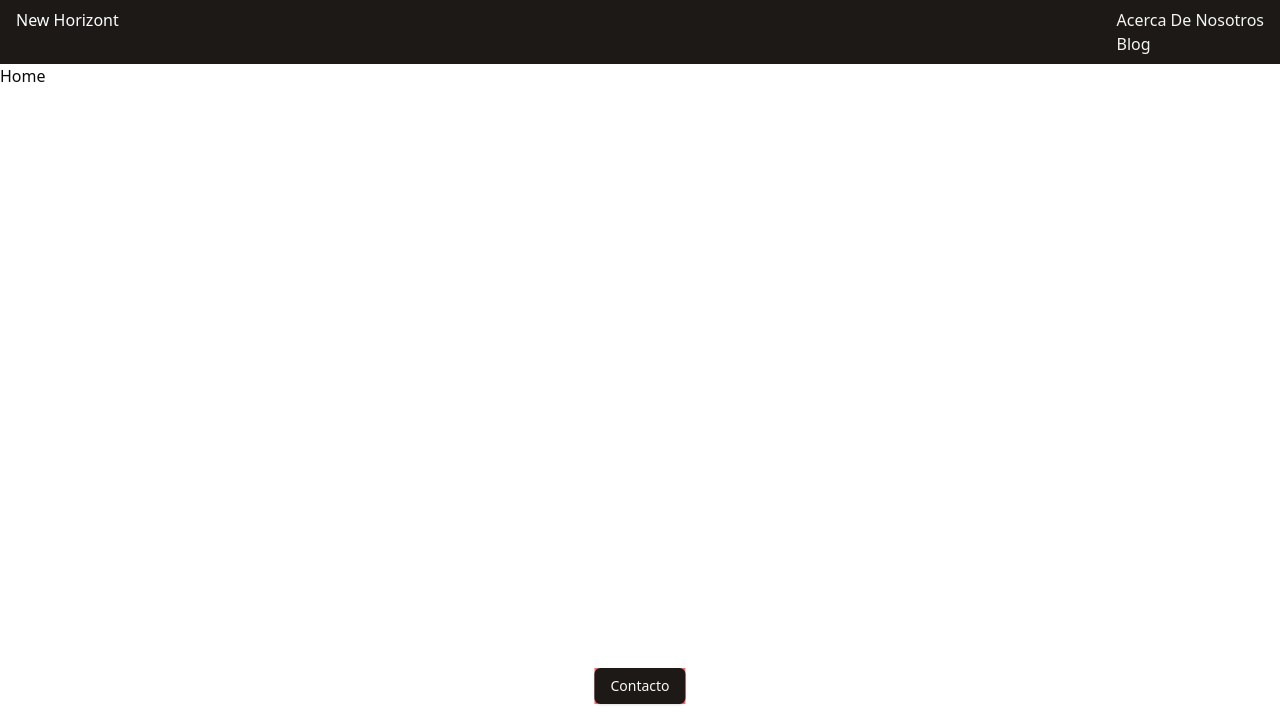
Repository: jefrydep/new-horizont-school
Page: /
An editor plug-in stored every save of this project. The page is shown before and after the next save, followed by the edit.
The browser window is 1280 px wide. The pictures show the whole page.
The project was rebuilt for these pictures with package versions that can differ from the ones it lists, and the page was loaded fresh each time. The framework's server and built-in components were replaced by stand-ins that run in the browser. Also part of the build but not shown: next.config.ts.

Above is the page before, as saved 2024-11-07 17:32:07.

### src/app/layout.tsx
import type { Metadata } from "next";
import localFont from "next/font/local";
import "./globals.css";
import Navbar from "@/components/Navbar";
import { Button } from "@/components/ui/button";

const geistSans = localFont({
  src: "./fonts/GeistVF.woff",
  variable: "--font-geist-sans",
  weight: "100 900",
});
const geistMono = localFont({
  src: "./fonts/GeistMonoVF.woff",
  variable: "--font-geist-mono",
  weight: "100 900",
});

export const metadata: Metadata = {
  title: "Create Next App",
  description: "Generated by create next app",
};

export default function RootLayout({
  children,
}: Readonly<{
  children: React.ReactNode;
}>) {
  return (
    <html lang="en">
      <body
        className={`   ${geistSans.variable} ${geistMono.variable} antialiased`}
      >
        <Navbar />
        {children}
        <div className="absolute bg-red-400 bottom-0 left-1/2 transform -translate-x-1/2 mb-4">
          <Button>Contacto</Button>
        </div>
        {/* <div className="absolute bg-red-400 bottom-0 left-1/2 transform -translate-x-1/2 mb-4">
          <Button>Contacto</Button>
        </div> */}
      </body>
    </html>
  );
}

### src/app/(new-horizont-school)/layout.tsx
// import type { Metadata } from "next";
// import localFont from "next/font/local";

import Navbar from "@/components/Navbar";

// const geistSans = localFont({
//   src: "./fonts/GeistVF.woff",
//   variable: "--font-geist-sans",
//   weight: "100 900",
// });
// const geistMono = localFont({
//   src: "./fonts/GeistMonoVF.woff",
//   variable: "--font-geist-mono",
//   weight: "100 900",
// });

// export const metadata: Metadata = {
//   title: "Create Next App",
//   description: "Generated by create next app",
// };

export default function SchoolLayout({
  children,
}: Readonly<{
  children: React.ReactNode;
}>) {
  return (
    <html lang="en">
      <body
      // className={`${geistSans.variable} ${geistMono.variable} antialiased`}
      >
        {children}
      </body>
    </html>
  );
}

### src/app/globals.css
@tailwind base;
@tailwind components;
@tailwind utilities;

/* :root {
  --background: #ffffff;
  --foreground: #171717;
}

@media (prefers-color-scheme: dark) {
  :root {
    --background: #0a0a0a;
    --foreground: #ededed;
  }
}

body {
  color: var(--foreground);
  background: var(--background);
  font-family: Arial, Helvetica, sans-serif;
} */
@layer base {
  :root {
    --background: 0 0% 100%;
    --foreground: 20 14.3% 4.1%;
    --card: 0 0% 100%;
    --card-foreground: 20 14.3% 4.1%;
    --popover: 0 0% 100%;
    --popover-foreground: 20 14.3% 4.1%;
    --primary: 24 9.8% 10%;
    --primary-foreground: 60 9.1% 97.8%;
    --secondary: 60 4.8% 95.9%;
    --secondary-foreground: 24 9.8% 10%;
    --muted: 60 4.8% 95.9%;
    --muted-foreground: 25 5.3% 44.7%;
    --accent: 60 4.8% 95.9%;
    --accent-foreground: 24 9.8% 10%;
    --destructive: 0 84.2% 60.2%;
    --destructive-foreground: 60 9.1% 97.8%;
    --border: 20 5.9% 90%;
    --input: 20 5.9% 90%;
    --ring: 20 14.3% 4.1%;
    --chart-1: 12 76% 61%;
    --chart-2: 173 58% 39%;
    --chart-3: 197 37% 24%;
    --chart-4: 43 74% 66%;
    --chart-5: 27 87% 67%;
    --radius: 0.5rem
  }
  .dark {
    --background: 20 14.3% 4.1%;
    --foreground: 60 9.1% 97.8%;
    --card: 20 14.3% 4.1%;
    --card-foreground: 60 9.1% 97.8%;
    --popover: 20 14.3% 4.1%;
    --popover-foreground: 60 9.1% 97.8%;
    --primary: 60 9.1% 97.8%;
    --primary-foreground: 24 9.8% 10%;
    --secondary: 12 6.5% 15.1%;
    --secondary-foreground: 60 9.1% 97.8%;
    --muted: 12 6.5% 15.1%;
    --muted-foreground: 24 5.4% 63.9%;
    --accent: 12 6.5% 15.1%;
    --accent-foreground: 60 9.1% 97.8%;
    --destructive: 0 62.8% 30.6%;
    --destructive-foreground: 60 9.1% 97.8%;
    --border: 12 6.5% 15.1%;
    --input: 12 6.5% 15.1%;
    --ring: 24 5.7% 82.9%;
    --chart-1: 220 70% 50%;
    --chart-2: 160 60% 45%;
    --chart-3: 30 80% 55%;
    --chart-4: 280 65% 60%;
    --chart-5: 340 75% 55%
  }
}
@layer base {
  * {
    @apply border-border;
  }
  body {
    @apply bg-background text-foreground;
  }
}

### src/components/Navbar.tsx
import { Menu } from "lucide-react";
import Link from "next/link";

export default function Navbar() {
  return (
    <header className="bg-primary h-16">
      <div className="flex justify-between m-auto      container px-4 py-2  ">
        <div className="text-white">New Horizont</div>
        <nav className="outline-none hidden sm:block list-none">
          <li className="text-secondary">
            <Link href={"/about"}>Acerca De Nosotros</Link>
          </li>
          <li className="text-secondary">
            <Link href={"/blog"}>Blog</Link>
          </li>
        </nav>
        <div className="  sm:hidden">
          <Menu color="white" size={45} />
        </div>
        {/* <li className="text-secondary">
            <Link href={"/about"}>About</Link>
          </li> */}
      </div>
    </header>
  );
}

### src/components/ui/button.tsx
import * as React from "react"
import { Slot } from "@radix-ui/react-slot"
import { cva, type VariantProps } from "class-variance-authority"

import { cn } from "@/lib/utils"

const buttonVariants = cva(
  "inline-flex items-center justify-center gap-2 whitespace-nowrap rounded-md text-sm font-medium transition-colors focus-visible:outline-none focus-visible:ring-1 focus-visible:ring-ring disabled:pointer-events-none disabled:opacity-50 [&_svg]:pointer-events-none [&_svg]:size-4 [&_svg]:shrink-0",
  {
    variants: {
      variant: {
        default:
          "bg-primary text-primary-foreground shadow hover:bg-primary/90",
        destructive:
          "bg-destructive text-destructive-foreground shadow-sm hover:bg-destructive/90",
        outline:
          "border border-input bg-background shadow-sm hover:bg-accent hover:text-accent-foreground",
        secondary:
          "bg-secondary text-secondary-foreground shadow-sm hover:bg-secondary/80",
        ghost: "hover:bg-accent hover:text-accent-foreground",
        link: "text-primary underline-offset-4 hover:underline",
      },
      size: {
        default: "h-9 px-4 py-2",
        sm: "h-8 rounded-md px-3 text-xs",
        lg: "h-10 rounded-md px-8",
        icon: "h-9 w-9",
      },
    },
    defaultVariants: {
      variant: "default",
      size: "default",
    },
  }
)

export interface ButtonProps
  extends React.ButtonHTMLAttributes<HTMLButtonElement>,
    VariantProps<typeof buttonVariants> {
  asChild?: boolean
}

const Button = React.forwardRef<HTMLButtonElement, ButtonProps>(
  ({ className, variant, size, asChild = false, ...props }, ref) => {
    const Comp = asChild ? Slot : "button"
    return (
      <Comp
        className={cn(buttonVariants({ variant, size, className }))}
        ref={ref}
        {...props}
      />
    )
  }
)
Button.displayName = "Button"

export { Button, buttonVariants }

Loaded but not shown: src/app/(new-horizont-school)/page.tsx (common file); src/lib/utils.ts (common file); tailwind.config.ts (common file)

After the next save:
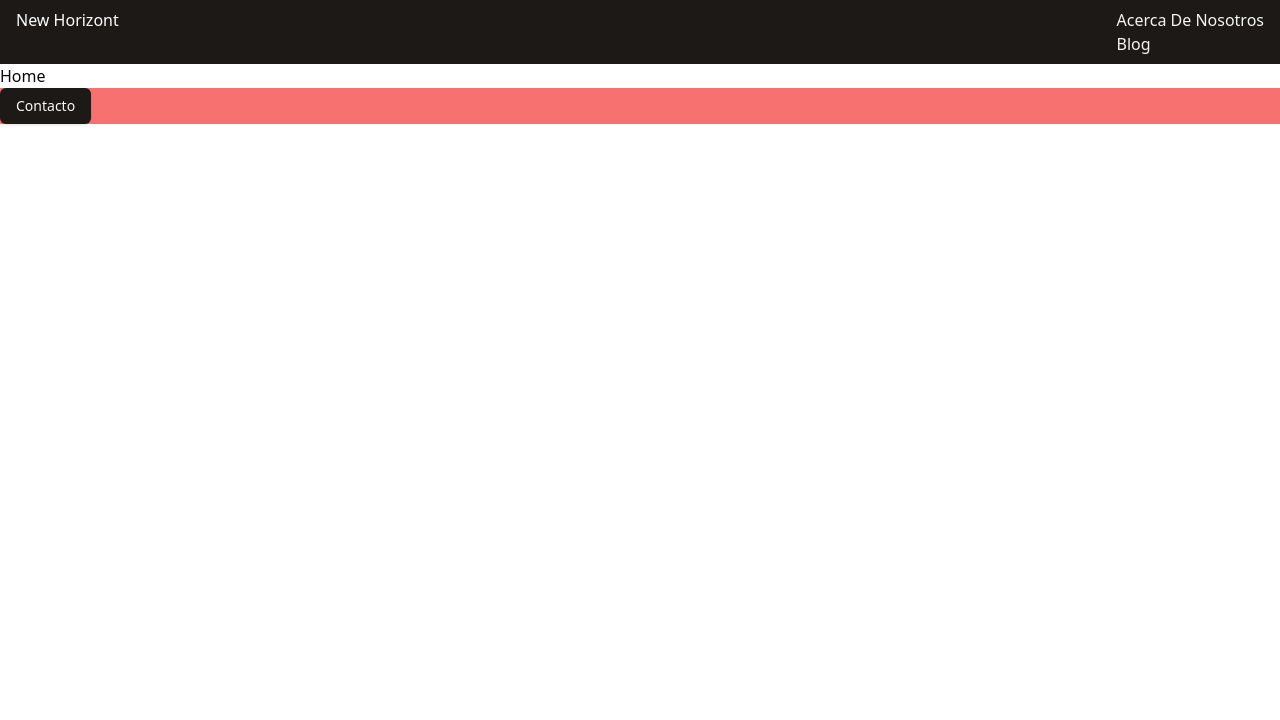
Saved 11 s later.
--- a/src/app/layout.tsx
+++ b/src/app/layout.tsx
@@ -32,7 +32,7 @@ export default function RootLayout({
       >
         <Navbar />
         {children}
-        <div className="absolute bg-red-400 bottom-0 left-1/2 transform -translate-x-1/2 mb-4">
+        <div className=" bg-red-400">
           <Button>Contacto</Button>
         </div>
         {/* <div className="absolute bg-red-400 bottom-0 left-1/2 transform -translate-x-1/2 mb-4">
